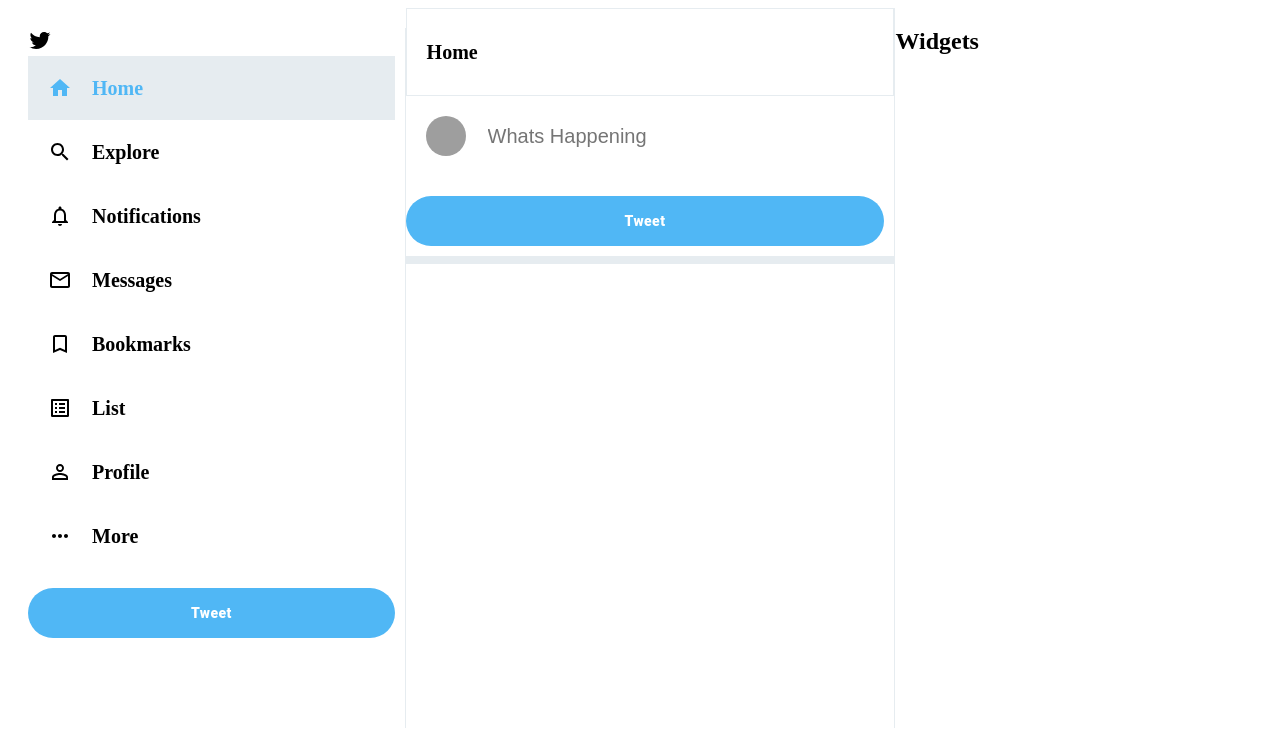
Repository: shehriyarnadeem/twitter-clone
Page: /
An editor plug-in stored every save of this project. The page is shown before and after the next save, followed by the edit.
The browser window is 1280 px wide. The pictures show the whole page.
Pictures or frames that could not be fetched are drawn as grey boxes. The project was rebuilt for these pictures with package versions that can differ from the ones it lists, and the page was loaded fresh each time. Also part of the build but not shown: src/index.css.

Above is the page before, as saved 2020-08-08 23:13:45.

### src/App.js
import React from "react";
import Sidebar from "./Sidebar";
import Feed from "./Feed";
import Widgets from "./Widgets";
import "./App.css";

function App() {
  return (
    <div className="App">
      <Sidebar />
      <Feed />
      <Widgets />
      {/* Feed */}
      {/* Widget */}
    </div>
  );
}

export default App;

### src/Sidebar.js
import React from "react";
import SidebarOption from "./SidebarOption";
import TwitterIcon from "@material-ui/icons/Twitter";
import HomeIcon from "@material-ui/icons/Home";
import SearchIcon from "@material-ui/icons/Search";
import NotificationsNoneIcon from "@material-ui/icons/NotificationsNone";
import MailOutlineIcon from "@material-ui/icons/MailOutline";
import BookmarkBorderIcon from "@material-ui/icons/BookmarkBorder";
import ListAltIcon from "@material-ui/icons/ListAlt";
import PermIdentityIcon from "@material-ui/icons/PermIdentity";
import MoreHorizIcon from "@material-ui/icons/MoreHoriz";
import { Button } from "@material-ui/core";
import "./Sidebar.css";

const Sidebar = () => {
  return (
    <div className="sidebar">
      <TwitterIcon />
      <SidebarOption active Icon={HomeIcon} text="Home" />
      <SidebarOption Icon={SearchIcon} text="Explore" />
      <SidebarOption Icon={NotificationsNoneIcon} text="Notifications" />
      <SidebarOption Icon={MailOutlineIcon} text="Messages" />
      <SidebarOption Icon={BookmarkBorderIcon} text="Bookmarks" />
      <SidebarOption Icon={ListAltIcon} text="List" />
      <SidebarOption Icon={PermIdentityIcon} text="Profile" />
      <SidebarOption Icon={MoreHorizIcon} text="More" />
      <Button variant="outlined" className="sidebar__tweet" fullWidth>
        Tweet
      </Button>
    </div>
  );
};

export default Sidebar;

### src/Feed.js
import React from "react";
import TweetBox from "./TweetBox";
import "./Feed.css";
const Feed = () => {
  return (
    <div className="feed">
      <div className="feed__header">
        <h2>Home</h2>
      </div>
      <TweetBox />
      {/* Header */}
      {/* Tweetbox */}
      {/* Post */}
    </div>
  );
};

export default Feed;

### src/Widgets.js
import React from "react";
import "./Widgets.css";
export default function Widgets() {
  return (
    <div className="widgets">
      <h2>Widgets</h2>
    </div>
  );
}

### src/App.css
body {
  --twitter-color: #50b7f5;
  --twitter-background: #e6ecf0;
}

.App {
  display: flex;
  height: 100vh;
  margin-left: auto;
  margin-right: auto;
  padding: 0 10px;

  max-width: 1300px;
}

### src/SidebarOption.js
import React from "react";
import "./SidebarOption.css";
const SidebarOption = ({ active, text, Icon }) => {
  return (
    <div className={`sidebarOption ${active && "sidebarOption--active"}`}>
      <Icon />
      <h2>{text}</h2>
    </div>
  );
};

export default SidebarOption;

### src/Sidebar.css
.sidebar {
  border-right: 1px solid var(--twitter-background);
  flex: 0.3;
  margin-top: 20px;
  padding-left: 10px;
  padding-right: 10px;
}

.sidebar__tweet {
  background-color: var(--twitter-color) !important;
  border: none !important;
  color: white !important;
  font-weight: 900 !important;
  text-transform: inherit !important;
  border-radius: 30px !important;
  height: 50px;
  margin-top: 20px !important;
}

### src/TweetBox.js
import React from "react";
import { Avatar, Button } from "@material-ui/core";
import "./TweetBox.css";

function TweetBox() {
  return (
    <div className="tweetBox">
      <form>
        <div className="tweetBox__input">
          <Avatar src="https://api.adorable.io/avatars/51/abott@adorable.png" />
          <input type="text" placeholder="Whats Happening" />
        </div>
        <Button className="tweetBox__tweetButton">Tweet</Button>
      </form>
    </div>
  );
}

export default TweetBox;

### src/Feed.css
.feed {
  flex: 0.4;
  border-right: 1px solid var(--twitter-background);
  min-width: fit-content;
  overflow-y: scroll;
}

.feed::-webkit-scrollbar {
  display: none;
}

.feed__header {
  position: sticky;
  top: 0;
  background-color: white;
  z-index: 100;
  border: 1px solid var(--twitter-background);
  padding: 15px 20px;
}

.feed__header > h2 {
  font-size: 20px;
  font-weight: 000;
}

### src/Widgets.css
.widgets {
  flex: 0.3;
}

### src/SidebarOption.css
.sidebarOption {
  display: flex;
  align-items: center;
  cursor: pointer;
}

.sidebarOption:hover {
  background-color: var(--twitter-background);
  border-radius: 30px;
  color: var(--twitter-color);
  transition: color 300ms ease-out;
}

.sidebarOption > .MuiSvgIcon-root {
  padding: 20px;
}
.sidebarOption > h2 {
  font-weight: 800;
  font-size: 20px;
  margin-right: 20px;
}
.sidebarOption--active {
  color: var(--twitter-color);
  background-color: var(--twitter-background);
}

### src/TweetBox.css
.tweetBox {
  padding-bottom: 10px;
  border-bottom: 8px solid var(--twitter-background);
  padding-right: 10px;
}

.tweetBox > form {
  display: flex;
  flex-direction: column;
}

.tweetBox__input {
  padding: 20px;
  display: flex;
}

.tweetBox__input > input {
  flex: 1;
  font-size: 20px;
  margin-left: 20px;
  border: none;
}

.tweetBox__tweetButton {
  background-color: var(--twitter-color) !important;
  border: none !important;
  color: white !important;
  font-weight: 900 !important;
  text-transform: inherit !important;
  border-radius: 30px !important;
  height: 50px;
  margin-top: 20px !important;
}

Loaded but not shown: public/index.html (common file); src/index.js (common file)

After the next save:
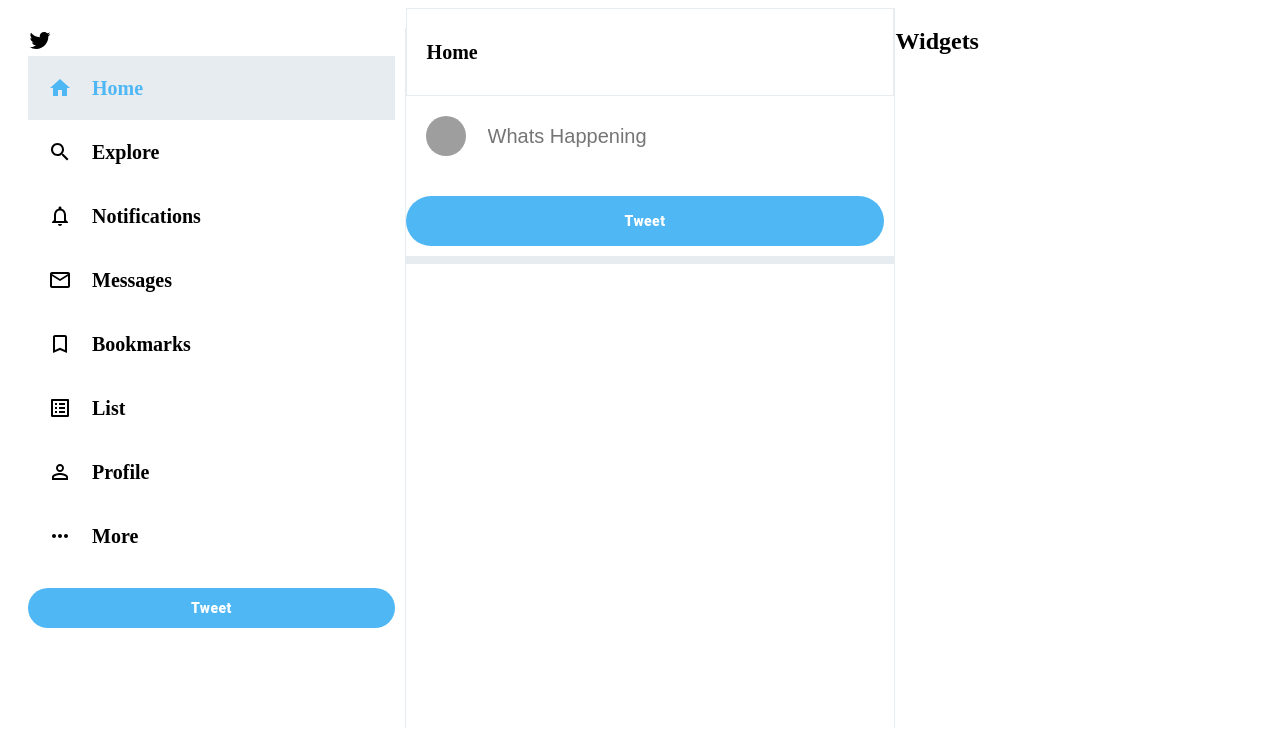
Saved 59 s later.
--- a/src/Sidebar.css
+++ b/src/Sidebar.css
@@ -12,7 +12,9 @@
   color: white !important;
   font-weight: 900 !important;
   text-transform: inherit !important;
+  width: 80px;
+
   border-radius: 30px !important;
-  height: 50px;
+  height: 40px !important;
   margin-top: 20px !important;
 }
